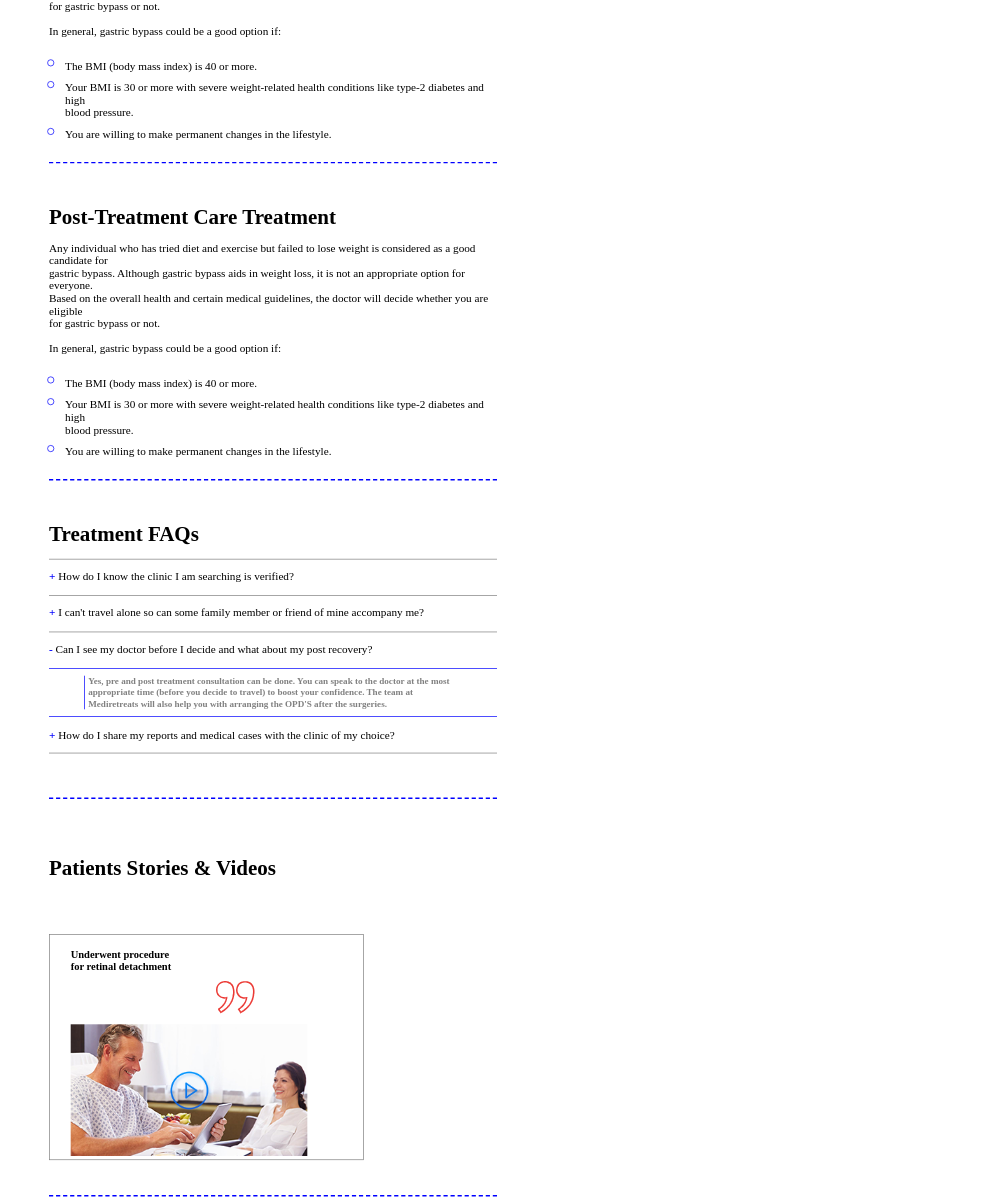
Repository: hetuk2005/webDevelopment
Page: Projects/Aafiya.html
The author's editor kept a copy of each file at every save. The page is drawn from the files as they stood at one save, then again after the next save.
The browser window is 1280 px wide. The page is 1438 px wide, so the pictures cover 1438 px, including what lies to the right of the window. The pictures show the part of the page from y = 2915 to 4635 px (the page is 4635 px tall before and 4535 px after), at 70% of full size.

Above is the page before, as saved 2025-04-08 10:49:28.

After the next save:
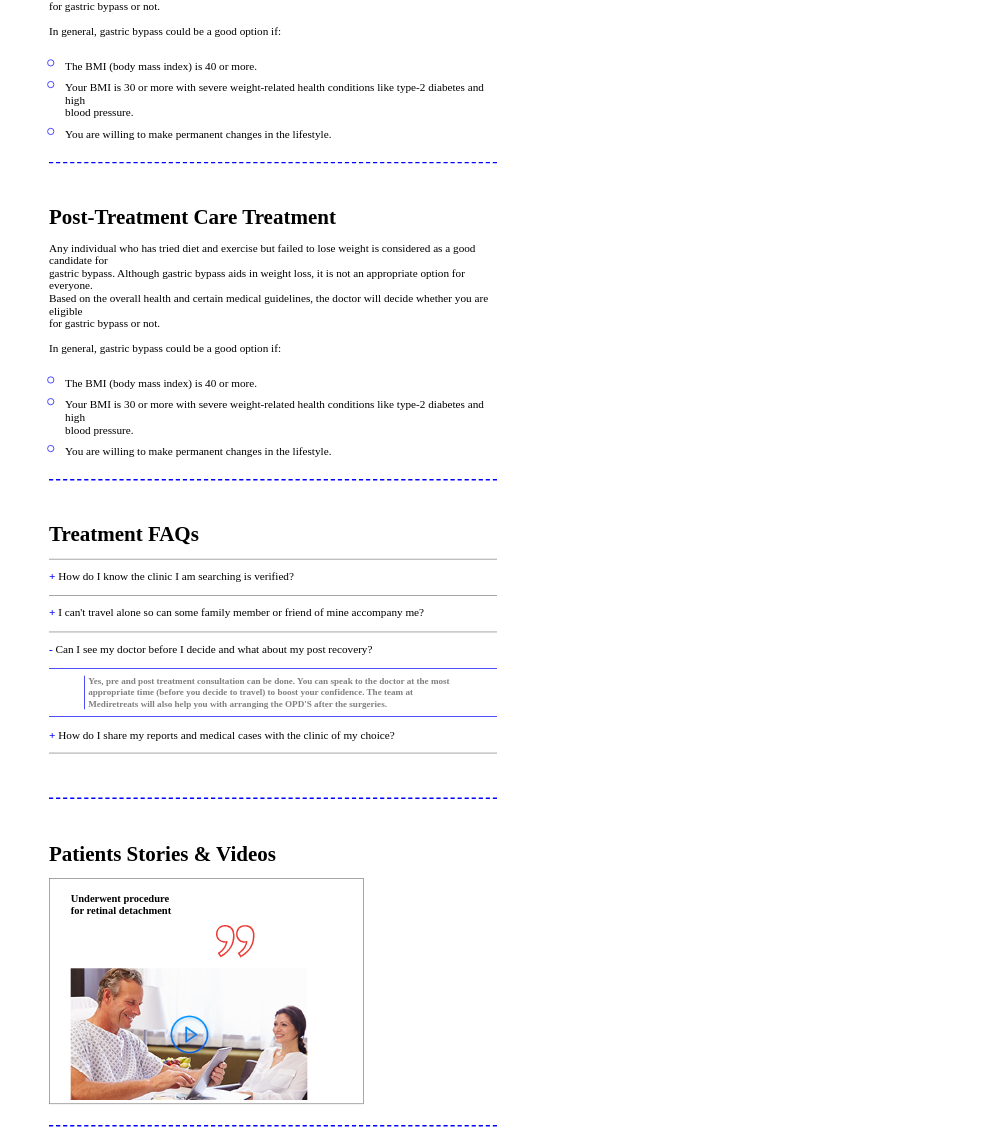
Saved 23 s later.
--- a/Projects/CSS/Aafiya.css
+++ b/Projects/CSS/Aafiya.css
@@ -497,9 +497,9 @@ span {
 .patient_stories {
     border-bottom: 2px dashed blue;
     margin-bottom: 10px;
-    padding-bottom: 50px;
-    gap: 50px;
-    padding-top: 70px;
+    padding-bottom: 30px;
+    gap: 50px;
+    padding-top: 50px;
     margin-left: 70px;
     width: 50%;
 }
@@ -507,7 +507,6 @@ span {
 .patient_stories>h3 {
     font-size: 30px;
     font-weight: bold;
-    margin-bottom: 60px;
 }
 
 .patient_stories>.stories_img {
@@ -528,7 +527,7 @@ span {
 .patient_stories>.stories_img>.text1>.stories_text>.quotes {
     height: 70px;
     width: 70px;
-    margin-right: 100px;
+    /* margin-right: 100px; */
     margin-left: 200px;
     object-fit: contain;
 }
